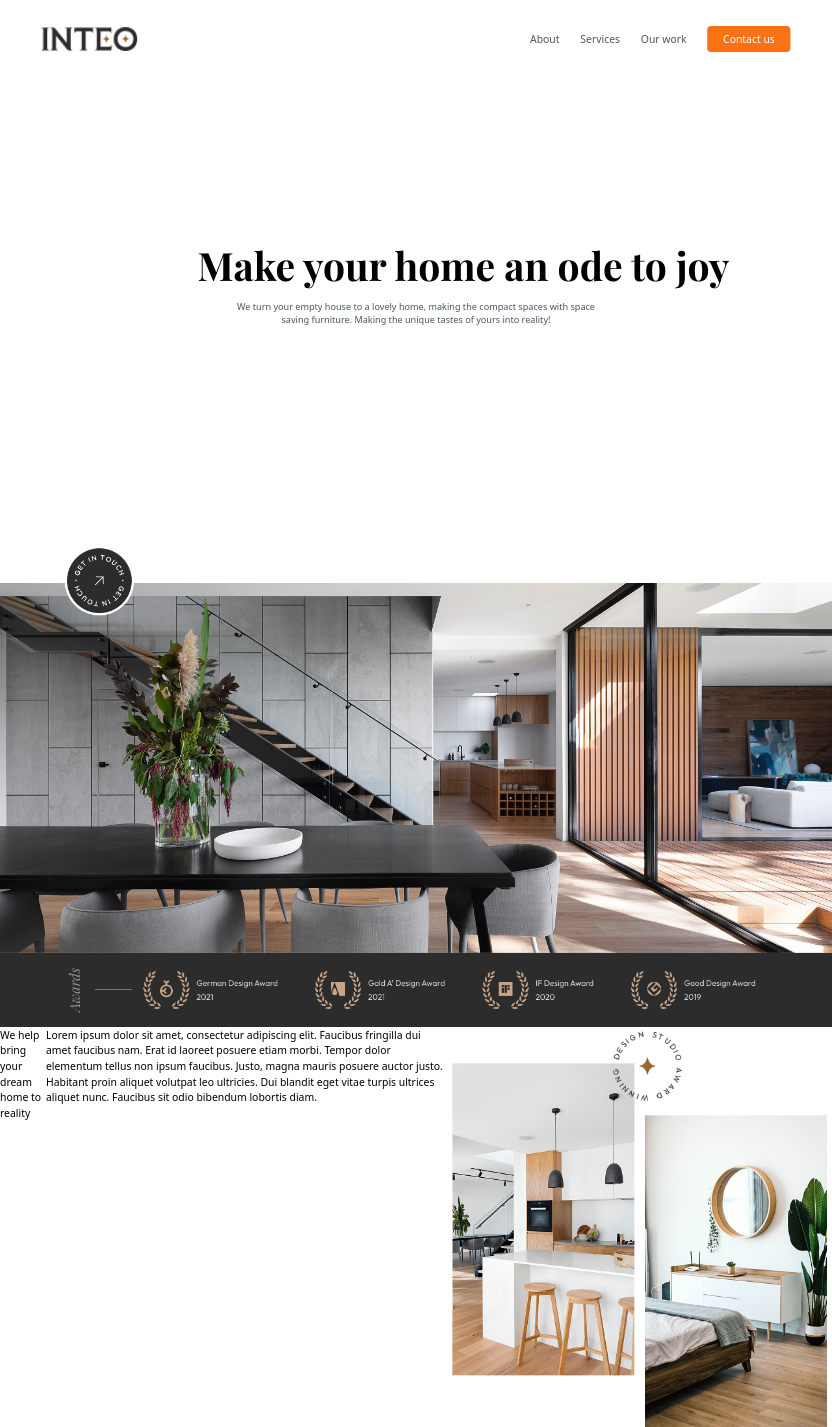
Repository: CatherinneJ/responsive-tailwind-website
Page: tailwind.html
These files come from the project's save history. The page is drawn as it stood at one moment and after the next save; the edit follows.
The browser window is 1280 px wide. The pictures show the whole page, at 65% of full size.
Some web libraries are served in a nearby version.

Above is the page before, as saved 2025-05-20 19:09:37.

### tailwind.html
<!DOCTYPE html>
<html lang="en">
<head>
    <meta charset="UTF-8">
    <meta name="viewport" content="width=device-width, initial-scale=1.0">
    <title>NTEO - Make your home an ode to joy</title>
    <script src="https://cdn.tailwindcss.com"></script>
    <link href="https://fonts.googleapis.com/css2?family=Playfair+Display:wght@400;700&display=swap" rel="stylesheet">
    <style>
        .font-playfair {
            font-family: 'Playfair Display', serif;
        }
    </style>
</head>
<body class="bg-white">
    <header class="py-10 px-1 lg:px-16">
        <nav class="flex justify-between items-center">
            <img src="./Assets/Logo.png" alt="logo" class="h-10">
            <ul class="flex space-x-8 items-center">
                <li class="text-gray-600 hover:text-black">About</li>
                <li class="text-gray-600 hover:text-black">Services</li>
                <li class="text-gray-600 hover:text-black">Our work</li>
                <li class="bg-orange-500 text-white px-6 py-2 rounded-md hover:bg-orange-600">Contact us</li>
            </ul>
        </nav>
    </header>

   <section class="flex flex-col items-center justify-center px-8 lg:px-16 py-6 md:py-12 min-h-screen text-center">
        <h1 class="text-4xl font-bold whitespace-nowrap md:text-5xl lg:text-6xl font-bold font-playfair mb-6 max-w-2xl  " >
            Make your home an ode to joy
        </h1>

        <p class="text-lg md:text-sm text-gray-600 mb-12 md:mb-20 max-w-xl">
            We turn your empty house to a lovely home, making the compact spaces with space saving furniture. Making the unique tastes of yours into reality!
        </p>
            <div>
    </section>
    <section>
        <img src="./Assets/Creative.png" class="w-full" alt="background1">
    </section>
    <section id="awards">
        <img src="./Assets/Awards.png" class="w-full" alt="background1" alt="award">
    </section>

    <section class="flex">
        <h2>
            <p>
                We help bring your dream home to reality
            </p>
        </h2>
        <p>
            Lorem ipsum dolor sit amet, consectetur adipiscing elit. Faucibus fringilla dui amet faucibus nam. Erat id laoreet posuere etiam morbi. Tempor dolor elementum tellus non ipsum faucibus. Justo, magna mauris posuere auctor justo. Habitant proin aliquet volutpat leo ultricies. Dui blandit eget vitae turpis ultrices aliquet nunc. Faucibus sit odio bibendum lobortis diam.
        </p>
        <img src="./Assets/Section.png" alt="section2">
    </section>
</body>
</html>

After the next save:
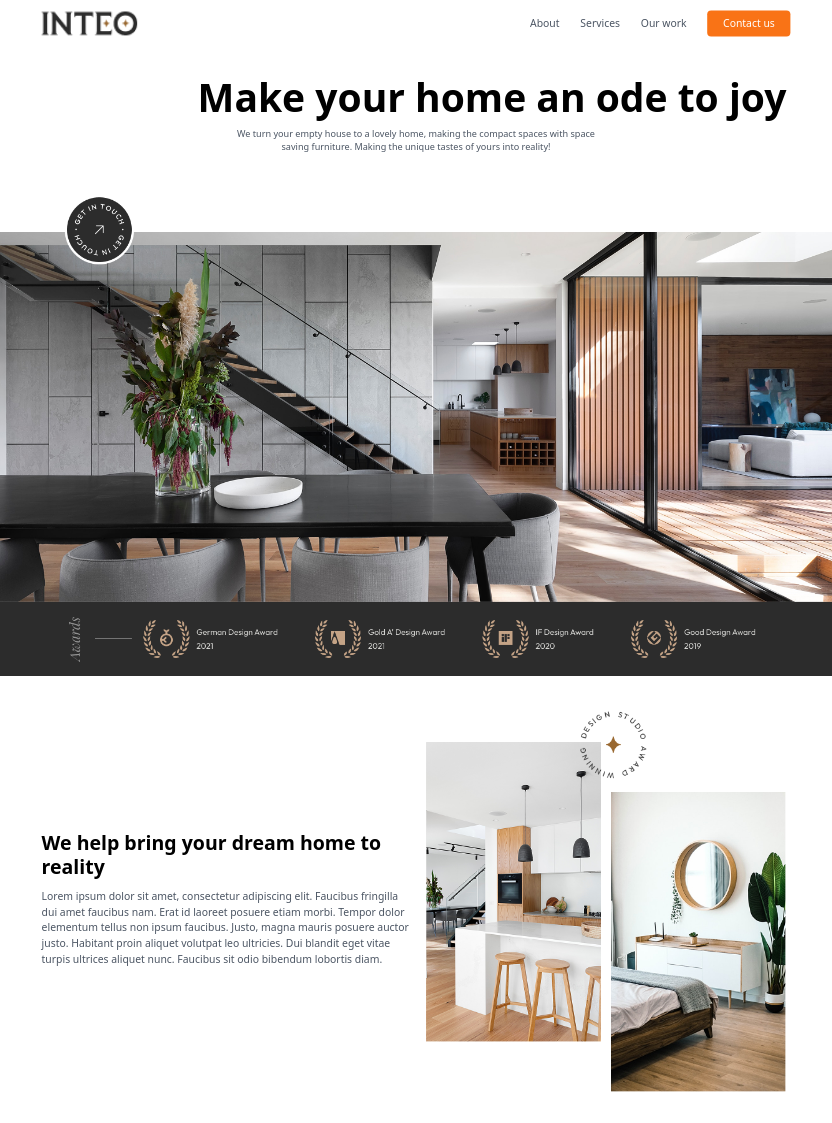
Saved 53 s later.
--- a/tailwind.html
+++ b/tailwind.html
@@ -5,7 +5,7 @@
     <meta name="viewport" content="width=device-width, initial-scale=1.0">
     <title>NTEO - Make your home an ode to joy</title>
     <script src="https://cdn.tailwindcss.com"></script>
-    <link href="https://fonts.googleapis.com/css2?family=Playfair+Display:wght@400;700&display=swap" rel="stylesheet">
+    <link href="https://fonts.googleapis.com/css2?family=Playfair+Display:wght@400;700&display=swap" rel="stylesheet>
     <style>
         .font-playfair {
             font-family: 'Playfair Display', serif;
@@ -13,7 +13,8 @@
     </style>
 </head>
 <body class="bg-white">
-    <header class="py-10 px-1 lg:px-16">
+    <!-- Header con menos espacio inferior -->
+    <header class="py-4 px-8 lg:px-16"> <!-- Reducido py-6 a py-4 -->
         <nav class="flex justify-between items-center">
             <img src="./Assets/Logo.png" alt="logo" class="h-10">
             <ul class="flex space-x-8 items-center">
@@ -25,33 +26,40 @@
         </nav>
     </header>
 
-   <section class="flex flex-col items-center justify-center px-8 lg:px-16 py-6 md:py-12 min-h-screen text-center">
-        <h1 class="text-4xl font-bold whitespace-nowrap md:text-5xl lg:text-6xl font-bold font-playfair mb-6 max-w-2xl  " >
+    <!-- Sección hero con menos espacio -->
+    <section class="flex flex-col items-center justify-center px-8 lg:px-16 pt-8 pb-4 md:pt-12 md:pb-8 text-center"> <!-- Ajustado py-12 md:py-24 a pt-8 pb-4 md:pt-12 md:pb-8 -->
+        <h1 class="text-4xl font-bold whitespace-nowrap md:text-5xl lg:text-6xl font-playfair mb-4 max-w-2xl"> <!-- Reducido mb-6 a mb-4 -->
             Make your home an ode to joy
         </h1>
 
-        <p class="text-lg md:text-sm text-gray-600 mb-12 md:mb-20 max-w-xl">
+        <p class="text-lg md:text-sm text-gray-600 mb-8 max-w-xl"> <!-- Reducido mb-12 md:mb-20 a mb-8 -->
             We turn your empty house to a lovely home, making the compact spaces with space saving furniture. Making the unique tastes of yours into reality!
         </p>
-            <div>
-    </section>
-    <section>
-        <img src="./Assets/Creative.png" class="w-full" alt="background1">
-    </section>
-    <section id="awards">
-        <img src="./Assets/Awards.png" class="w-full" alt="background1" alt="award">
     </section>
 
-    <section class="flex">
-        <h2>
-            <p>
+    <!-- Imagen sin margen superior -->
+    <section class="mt-0"> <!-- Asegurar que no tenga margen superior -->
+        <img src="./Assets/Creative.png" class="w-full" alt="Creative design">
+    </section>
+
+    <!-- Sección de premios -->
+    <section id="awards" class="mt-0"> <!-- Sin margen superior -->
+        <img src="./Assets/Awards.png" class="w-full" alt="Awards">
+    </section>
+
+    <!-- Sección inferior con menos espacio -->
+    <section class="flex flex-col md:flex-row items-center gap-4 px-8 lg:px-16 py-8 md:py-12"> <!-- Añadido padding controlado -->
+        <div class="md:w-1/2">
+            <h2 class="text-2xl md:text-3xl font-playfair font-bold mb-4">
                 We help bring your dream home to reality
+            </h2>
+            <p class="text-gray-600">
+                Lorem ipsum dolor sit amet, consectetur adipiscing elit. Faucibus fringilla dui amet faucibus nam. Erat id laoreet posuere etiam morbi. Tempor dolor elementum tellus non ipsum faucibus. Justo, magna mauris posuere auctor justo. Habitant proin aliquet volutpat leo ultricies. Dui blandit eget vitae turpis ultrices aliquet nunc. Faucibus sit odio bibendum lobortis diam.
             </p>
-        </h2>
-        <p>
-            Lorem ipsum dolor sit amet, consectetur adipiscing elit. Faucibus fringilla dui amet faucibus nam. Erat id laoreet posuere etiam morbi. Tempor dolor elementum tellus non ipsum faucibus. Justo, magna mauris posuere auctor justo. Habitant proin aliquet volutpat leo ultricies. Dui blandit eget vitae turpis ultrices aliquet nunc. Faucibus sit odio bibendum lobortis diam.
-        </p>
-        <img src="./Assets/Section.png" alt="section2">
+        </div>
+        <div class="md:w-1/2">
+            <img src="./Assets/Section.png" alt="Home design" class="w-full">
+        </div>
     </section>
 </body>
 </html>
